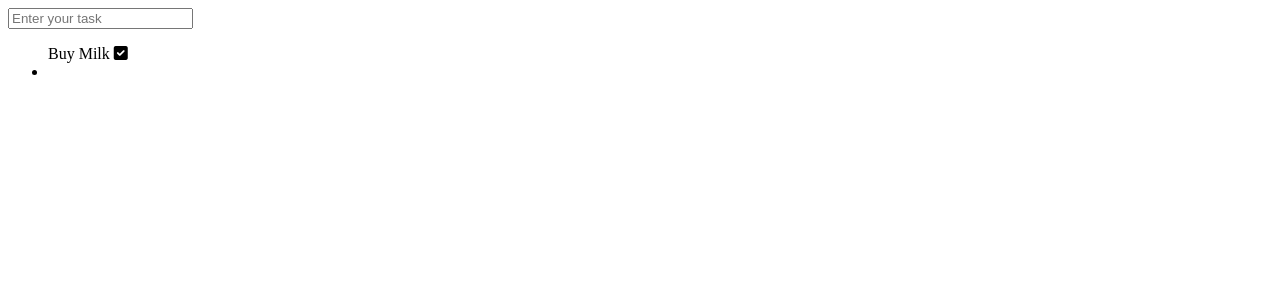
Repository: bryanbraide/Todo-List
Page: Project/index.html
These files come from the project's save history. The page is drawn as it stood at one moment and after a run of saves; the edit follows.
The browser window is 1280 px wide. The pictures show the whole page.

Above is the page before, as saved 2025-02-27 22:12:51.

### Project/index.html
<!DOCTYPE html>
<html lang="en">
  <head>
    <meta charset="UTF-8" />
    <meta http-equiv="X-UA-Compatible" content="IE-edge"/>
    <meta name="viewport" content="width=device-width", initial-scale="1.0"/>
    <title>To Do List</title>
    <link
    rel="stylesheet"
    href="https://cdnjs.cloudflare.com/ajax/libs/font-awesome/6.0.0-beta2/css/all.min.css"
    integrity="sha512-YWzhKL2whUzgiheMoBFwW8CKV4qpHQAEuvilg9FAn5VJUDwKZZxkJNuGM4XkWuk94WCrrwslk8yWNGmY1EduTA=="
    crossorigin="anonymous"
    referrerpolicy="no-referrer"
    />
    <link rel="stylesheet" href="style.css" />

  </head>
  <body>
    <form class="form">
      <input
      type="text"
      class="input"
      placeholder="Enter your task"
      autocapitalize="off"
      />
      <ul class="List">
        <!-- <li> -->
          Buy Milk <i class="fas fa-check-square"></i>
          <i class="fas fa- trash"></i>
          <li class="checked">

          </li>
      </ul>
    </form>
  </body>
</html>

Loaded but not shown: Project/style.css (no stored copy; drawn as an empty file)

After the next 6 saves:
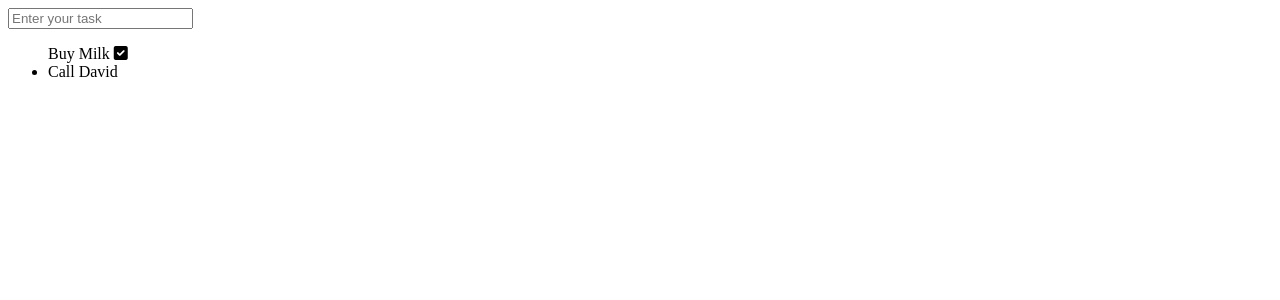
The 6 saves are shown as one change because they came seconds apart.
The last was saved 18 s later.
--- a/Project/index.html
+++ b/Project/index.html
@@ -28,7 +28,7 @@
           Buy Milk <i class="fas fa-check-square"></i>
           <i class="fas fa- trash"></i>
           <li class="checked">
-
+            Call David <i class=""
           </li>
       </ul>
     </form>
